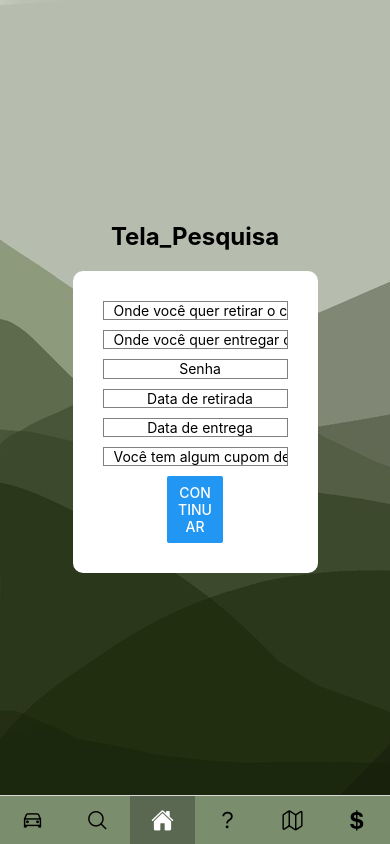
Repository: GabrielAron/EcoWheels
Page: /Home
The author's editor kept a copy of each file at every save. The page is drawn from the files as they stood at one save, then again after the next save.
The browser window is 390 px wide. The pictures show the whole page.
The app was drawn by React Native's web renderer in a window 390 px wide. The project was rebuilt for these pictures with package versions that can differ from the ones it lists, and the page was loaded fresh each time. Also part of the build but not shown: src/Paginas/Carros/index.js, src/Paginas/Ajuda/index.js, src/Paginas/Mapa/index.js, src/Paginas/Pagamento/pagamento.js.

Above is the page before, as saved 2023-11-24 14:39:56.

### App.js
import React from 'react';
import Routes from './src/Paginas/routes';
import { ReservaProvider } from './src/Paginas/ReservaContext';


function App() {
  return (
    <ReservaProvider>
      <Routes />
    </ReservaProvider>
  );
}

export default App;

### src/Paginas/routes.js
import React from 'react';
import { createBottomTabNavigator } from '@react-navigation/bottom-tabs';
import { NavigationContainer } from '@react-navigation/native';
import { Ionicons } from '@expo/vector-icons';

import Home from './Home';
import Explorar from './Carros';
import Ajuda from './Ajuda';
import Reservas from './Locacoes';
import Recarga from './Mapa';
import Pagamento from './Pagamento/pagamento';

const Tab = createBottomTabNavigator();

export default function Routes() {
  return (
    <NavigationContainer>
      <Tab.Navigator
        tabBarOptions={{
          showLabel: false, // Oculta as etiquetas de texto das guias
          tabBarStyle: {
            position: 'absolute',
            backgroundColor: '#7A8D6D',
            height:700,
          },
          tabStyle: {
            elevation: 0,
          },
          inactiveBackgroundColor: '#7A8D6D',
          activeBackgroundColor: '#5A6851',
        }}
      >
        <Tab.Screen
          name="Reservas"
          component={Reservas}
          options={{
            headerShown: false,
            tabBarIcon: ({ color, size, focused }) => {
              if (focused) {
                return <Ionicons name="md-car" size={23} color="#FFF" />;
              } else {
                return <Ionicons name="md-car-outline" size={23} color="#000000" />;
              }
            },
          }}
        />
        <Tab.Screen
          name="Explorar"
          component={Explorar}
          options={{
            headerShown: false,
            tabBarIcon: ({ color, size, focused }) => {
              if (focused) {
                return <Ionicons name="md-search" size={23} color="#FFF" />;
              } else {
                return <Ionicons name="md-search-outline" size={23} color="#000000" />;
              }
            },
          }}
        />
        <Tab.Screen
          name="Home"
          component={Home}
          options={{
            headerShown: false,
            tabBarIcon: ({ color, size, focused }) => {
              if (focused) {
                return <Ionicons name="md-home" size={23} color="#FFF" />;
              } else {
                return <Ionicons name="md-home-outline" size={23} color="#000000" />;
              }
            },
          }}
        />
        <Tab.Screen
          name="Ajuda"
          component={Ajuda}
          options={{
            headerShown: false,
            tabBarIcon: ({ color, size, focused }) => {
              if (focused) {
                return <Ionicons name="md-help" size={23} color="#FFF" />;
              } else {
                return <Ionicons name="md-help-outline" size={23} color="#000000" />;
              }
            },
          }}
        />
        <Tab.Screen
          name="Recarga"
          component={Recarga}
          options={{
            headerShown: false,
            tabBarIcon: ({ color, size, focused }) => {
              if (focused) {
                return <Ionicons name="md-map" size={23} color="#FFF" />;
              } else {
                return <Ionicons name="md-map-outline" size={23} color="#000000" />;
              }
            },
          }}
        />
         <Tab.Screen
          name="Pagamento"
          component={Pagamento}
          options={{
            headerShown: false,
            tabBarIcon: ({ color, size, focused }) => {
              if (focused) {
                return <Ionicons name="logo-usd" size={23} color="#FFF" />;

              } else {
                return <Ionicons name="logo-usd" size={23} color="#000000" />;
              }
            },
          }}
        />
      </Tab.Navigator>
    </NavigationContainer>
  );
}

### src/Paginas/ReservaContext.js
import React, { createContext, useState } from 'react';

export const ReservaContext = createContext();

export const ReservaProvider = ({ children }) => {
  const [reservas, setReservas] = useState([]);

  return (
    <ReservaContext.Provider value={{ reservas, setReservas }}>
      {children}
    </ReservaContext.Provider>
  );
};

### src/Paginas/Home/index.js
import React from 'react';
import { View, Text, TextInput, Button, StyleSheet, ImageBackground } from 'react-native';
import Fundo from '/imagens/fundoverde.jpg';

export default function App() {
  return (
    <ImageBackground source={Fundo} style={styles.image}>
      <View style={styles.container}>
        <Text style={styles.title}>Tela_Pesquisa</Text>
        <View style={styles.formContainer}>
          <TextInput style={styles.input} placeholder="Onde você quer retirar o carro" />
          <TextInput style={styles.input} placeholder="Onde você quer entregar o carro" />
          <TextInput style={styles.input} placeholder="Senha" secureTextEntry={true} />
          <TextInput style={styles.input} placeholder="Data de retirada" />
          <TextInput style={styles.input} placeholder="Data de entrega" />
          <TextInput style={styles.input} placeholder="Você tem algum cupom de desconto?" />
          <View style={styles.buttonContainer}>
            <Button title="Continuar" onPress={() => {}} />
          </View>
        </View>
      </View>
    </ImageBackground>
  );
}

const styles = StyleSheet.create({
  container: {
    flex: 1,
    justifyContent: 'center',
    padding: 20,
  },
  image: {
    flex: 1,
    resizeMode: 'cover',
    justifyContent: 'center',
  },
  title: {
    fontSize: 24,
    fontWeight: 'bold',
    textAlign: 'center',
    marginBottom: 20,
  },
  input: {
    height: 40,
    borderColor: 'gray',
    borderWidth: 1,
    marginBottom: 10,
    paddingLeft: 10,
    textAlign: 'center',
  },
  formContainer: {
    backgroundColor: 'white',
    borderRadius: 10,
    padding: 30,
    width: '70%',
    height:'40%',
    alignSelf: 'center',
  },
  buttonContainer: {
    width: '30%',
    alignSelf: 'center',
  },
});

### src/Paginas/Locacoes/index.js
import React, { useState, useContext } from 'react';
import { View, Text, ImageBackground, Button, StyleSheet, ScrollView, Modal, Alert } from 'react-native';
import Fundo from '/imagens/fundoverde.jpg';
import { ReservaContext } from '../ReservaContext'; // Atualize o caminho conforme necessário

const Card = ({ id, title, image }) => {
  const [modalVisible, setModalVisible] = useState(false);
  const { reservas, setReservas } = useContext(ReservaContext);
  const [carros, setCarros] = useState([

      { id: 1, title: "QUALIDADE PARA UM CONFORTO E ÓTIMO PASSEIO - Exquisite Cruiser 1.8", image: "https://cdn.leonardo.ai/users/cf8d0bec-5da3-4e6a-aed2-13735b2a6925/generations/a40b4ef5-35ec-4e32-a5ff-cc2ef5e85345/PhotoReal_make_a_background_image_for_a_cell_phone_application_2.jpg?w=512" },
      { id: 2, title: "DESIGN E CONFORTO EM UM - Rider GT 3.0", image: "https://cdn.leonardo.ai/users/cf8d0bec-5da3-4e6a-aed2-13735b2a6925/generations/a40b4ef5-35ec-4e32-a5ff-cc2ef5e85345/PhotoReal_make_a_background_image_for_a_cell_phone_application_3.jpg?w=512" },
      { id: 3, title: "FORÇA PARA DESAFIOS OFF-Road - Viper GT 3.0 ", image: "https://cdn.leonardo.ai/users/cf8d0bec-5da3-4e6a-aed2-13735b2a6925/generations/a0fe3adc-2c2f-4336-bc49-e57599170dd1/PhotoReal_faa_um_hummer_eltrico_novo_andando_por_uma_cidade_3.jpg?w=512" },
      { id: 4, title: "UM CARRO ANTIGO E ESTILOSO PARA OS AMANTES DE CLÁSSICOS - Bentley 1.8", image: "https://cdn.leonardo.ai/users/cf8d0bec-5da3-4e6a-aed2-13735b2a6925/generations/c6457b66-6149-4c4d-8408-99c27071dc1e/PhotoReal_faa_um_carro_eletrico_executivo_andando_por_uma_cida_0.jpg?w=512" },
      { id: 5, title: "UM CARRO VERSÁTIL QUE ATENDE A TODAS AS NECESSIDADES FLEXUS X 1.0", image: "https://cdn.leonardo.ai/users/cf8d0bec-5da3-4e6a-aed2-13735b2a6925/generations/f62f0f84-2ea5-4c9d-a4e3-33ade848f3b2/PhotoReal_make_a_background_image_for_a_cell_phone_application_3.jpg?w=512" },
      { id: 6, title: "UMA OPÇÃO PERFEITA PARA QUEM BUSCA PRATICIDADE E CONFORTO - LUXURY DRIVE 1.6", image: "https://cdn.leonardo.ai/users/cf8d0bec-5da3-4e6a-aed2-13735b2a6925/generations/589507b8-d87b-4a85-b05e-c325ccebd6b6/PhotoReal_make_a_background_image_for_a_cell_phone_application_1.jpg?w=512" },
      { id: 7, title: "UM CARRO ESPORTIVO COM DESEMPENHO DE ALTA POTÊNCIA Vortex GT 5.0", image: "https://fotos-jornaldocarro-estadao.nyc3.cdn.digitaloceanspaces.com/wp-content/uploads/2023/01/13072602/Carro_esportivo.jpg" },
    ]);


  return (
    <View style={styles.card}>
      <ImageBackground source={{ uri: image }} style={styles.image}>
        <View style={styles.content}>
          <Text style={styles.title}>{title}</Text>
          <Button title="Reservar" onPress={() => setModalVisible(true)} />
        </View>
      </ImageBackground>

      <Modal
        animationType="slide"
        transparent={true}
        visible={modalVisible}
        onRequestClose={() => {
          Alert.alert("Modal has been closed.");
          setModalVisible(!modalVisible);
        }}
      >
        <View style={styles.centeredView}>
          <View style={styles.modalView}>
            <Text style={styles.modalText}>Deseja mesmo reservar o carro?</Text>

            <Button
              style={[styles.button, styles.buttonClose]}
              onPress={() => {
                setReservas([...reservas, { id, title, image }]);
                setCarros(carros.filter(carro => carro.id !== id));
                setModalVisible(!modalVisible);
              }}
              title="Sim"
            />
            <Button
              style={[styles.button, styles.buttonCancel]}
              onPress={() => setModalVisible(!modalVisible)}
              title="Não"
            />
          </View>
        </View>
      </Modal>
    </View>
  );
};

export default function Reservas() {
  return (
    <View style={styles.container}>
      <ImageBackground source={Fundo} style={styles.image}>
        <Text style={styles.text}>Carros</Text>
        <View style={styles.cardContainer}>
          <ScrollView showsVerticalScrollIndicator={false}>
            <Card id={1} title="QUALIDADE PARA UM CONFORTO E ÓTIMO PASSEIO - Exquisite Cruiser 1.8" image="https://cdn.leonardo.ai/users/cf8d0bec-5da3-4e6a-aed2-13735b2a6925/generations/a40b4ef5-35ec-4e32-a5ff-cc2ef5e85345/PhotoReal_make_a_background_image_for_a_cell_phone_application_2.jpg?w=512" />
            <Card id={2} title="DESIGN E CONFORTO EM UM - Rider GT 3.0" image="https://cdn.leonardo.ai/users/cf8d0bec-5da3-4e6a-aed2-13735b2a6925/generations/a40b4ef5-35ec-4e32-a5ff-cc2ef5e85345/PhotoReal_make_a_background_image_for_a_cell_phone_application_3.jpg?w=512" />
            <Card id={3} title="FORÇA PARA DESAFIOS OFF-Road - Viper GT 3.0 " image="https://cdn.leonardo.ai/users/cf8d0bec-5da3-4e6a-aed2-13735b2a6925/generations/a0fe3adc-2c2f-4336-bc49-e57599170dd1/PhotoReal_faa_um_hummer_eltrico_novo_andando_por_uma_cidade_3.jpg?w=512" />
            <Card id={4} title="UM CARRO ANTIGO E ESTILOSO PARA OS AMANTES DE CLÁSSICOS - Bentley 1.8" image="https://cdn.leonardo.ai/users/cf8d0bec-5da3-4e6a-aed2-13735b2a6925/generations/c6457b66-6149-4c4d-8408-99c27071dc1e/PhotoReal_faa_um_carro_eletrico_executivo_andando_por_uma_cida_0.jpg?w=512" />
            <Card id={5} title="UM CARRO VERSÁTIL QUE ATENDE A TODAS AS NECESSIDADES FLEXUS X 1.0" image="https://cdn.leonardo.ai/users/cf8d0bec-5da3-4e6a-aed2-13735b2a6925/generations/f62f0f84-2ea5-4c9d-a4e3-33ade848f3b2/PhotoReal_make_a_background_image_for_a_cell_phone_application_3.jpg?w=512" />
            <Card id={6} title="UMA OPÇÃO PERFEITA PARA QUEM BUSCA PRATICIDADE E CONFORTO - LUXURY DRIVE 1.6" image="https://cdn.leonardo.ai/users/cf8d0bec-5da3-4e6a-aed2-13735b2a6925/generations/589507b8-d87b-4a85-b05e-c325ccebd6b6/PhotoReal_make_a_background_image_for_a_cell_phone_application_1.jpg?w=512" />
            <Card id={7} title="UM CARRO ESPORTIVO COM DESEMPENHO DE ALTA POTÊNCIA Vortex GT 5.0" image="https://fotos-jornaldocarro-estadao.nyc3.cdn.digitaloceanspaces.com/wp-content/uploads/2023/01/13072602/Carro_esportivo.jpg" />
          </ScrollView>
        </View>
      </ImageBackground>
    </View>
  );
}


const styles = StyleSheet.create({
  container: {
    flex: 1,
  },
  image: {
    flex: 1,
    resizeMode: 'cover',
    justifyContent: 'center',
  },
  text: {
    color: '#fffbff',
    fontSize: 36,
    position: 'absolute',
    top: 50,
    left: 0,
    right: 0,
    fontWeight: 'bold',
    textAlign: 'center',
  },
  cardContainer: {
    flex: 1,
    alignItems: 'center',
    justifyContent: 'center',
    paddingTop: 200,
    paddingLeft: 75,
  },
  card: {
    width: '90%',
    height: 200,
    marginBottom: 45,
    borderRadius: 10,
    overflow: 'hidden',
  },
  image: {
    flex: 1,
    resizeMode: 'cover',
    justifyContent: 'center',
  },
  content: {
    padding: 10,
    alignItems: 'center',
    justifyContent: 'center',
  },
  title: {
    fontSize: 16,
    fontWeight: 'bold',
    color: '#fffbff',
  },
  overlay: {
    ...StyleSheet.absoluteFillObject,
    backgroundColor: 'rgba(128, 128, 128, 0.5)',
  },
  centeredView: {
    flex: 1,
    justifyContent: "center",
    alignItems: "center",
    marginTop: 22
  },
  modalView: {
    margin: 20,
    backgroundColor: "white",
    borderRadius: 20,
    padding: 35,
    alignItems: "center",
    shadowColor: "#000",
    shadowOffset: {
      width: 0,
      height: 2
    },
    shadowOpacity: 0.25,
    shadowRadius: 4,
    elevation: 5
  },
  button: {
    borderRadius: 20,
    padding: 10,
    elevation: 2
  },
  buttonClose: {
    backgroundColor: "#2196F3",
  },
  buttonCancel: {
    backgroundColor: "#f00",
  },
  modalText: {
    marginBottom: 15,
    textAlign: "center"
  }
});

After the next save:
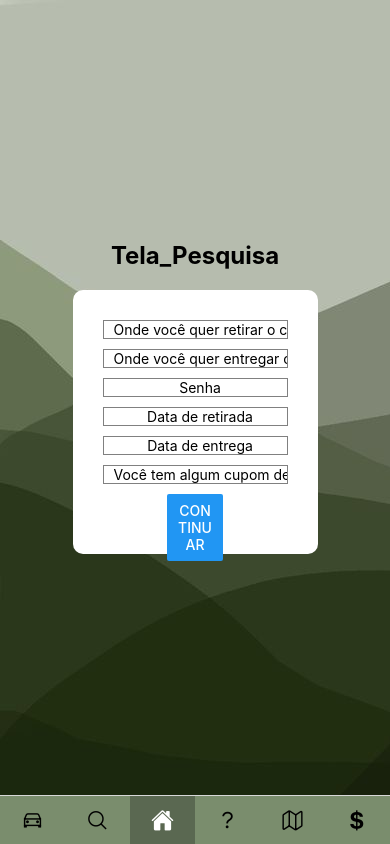
Saved 9 s later.
--- a/src/Paginas/Home/index.js
+++ b/src/Paginas/Home/index.js
@@ -53,7 +53,7 @@ const styles = StyleSheet.create({
     borderRadius: 10,
     padding: 30,
     width: '70%',
-    height:'40%',
+    height:'35%',
     alignSelf: 'center',
   },
   buttonContainer: {
